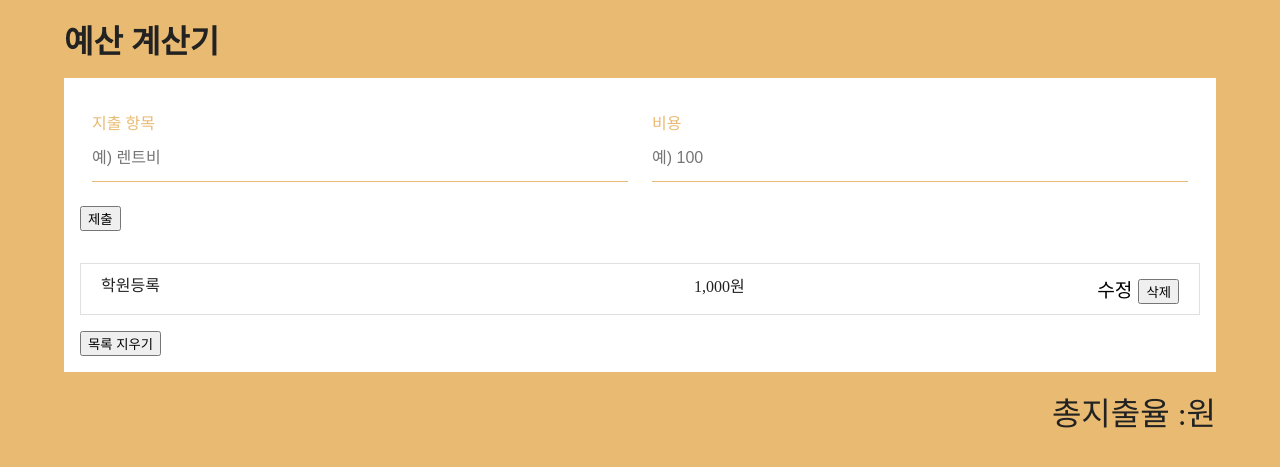
Repository: jongheonleee/budget_calculator
Page: /
These files come from the project's save history. The page is drawn as it stood at one moment and after the next save; the edit follows.
The browser window is 1280 px wide. The pictures show the whole page.
The project was rebuilt for these pictures with package versions that can differ from the ones it lists, and the page was loaded fresh each time.

Above is the page before, as saved 2025-02-08 12:47:04.

After the next save:
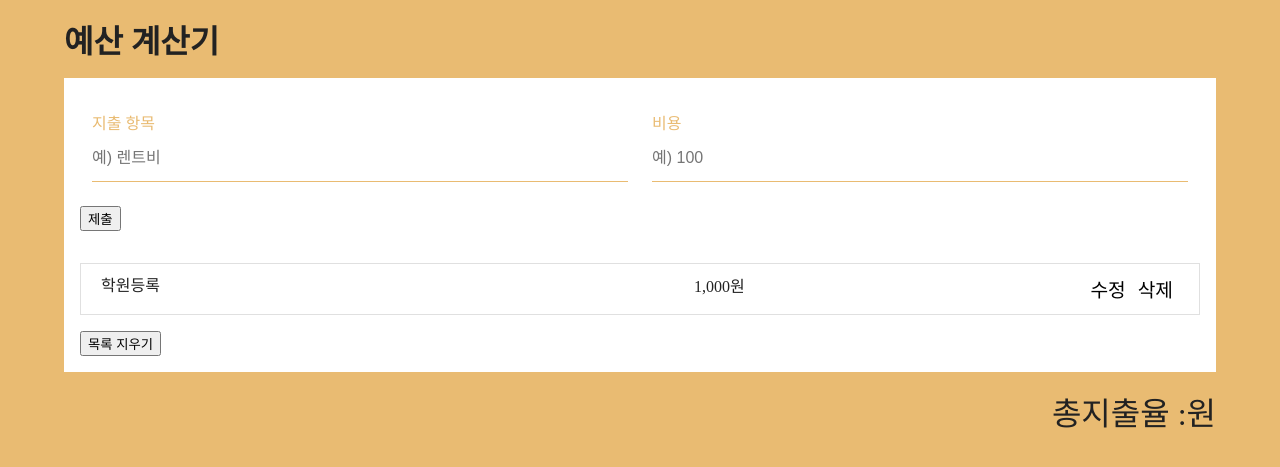
Saved 88 s later.
--- a/src/components/ExpenseItem.js
+++ b/src/components/ExpenseItem.js
@@ -12,7 +12,7 @@ export class ExpenseItem extends Component {
 
         <div>
           <button className='edit-btn'>수정</button>
-          <button classBame='clear-btn'>삭제</button>
+          <button className='clear-btn'>삭제</button>
         </div>
       </li>
     )
